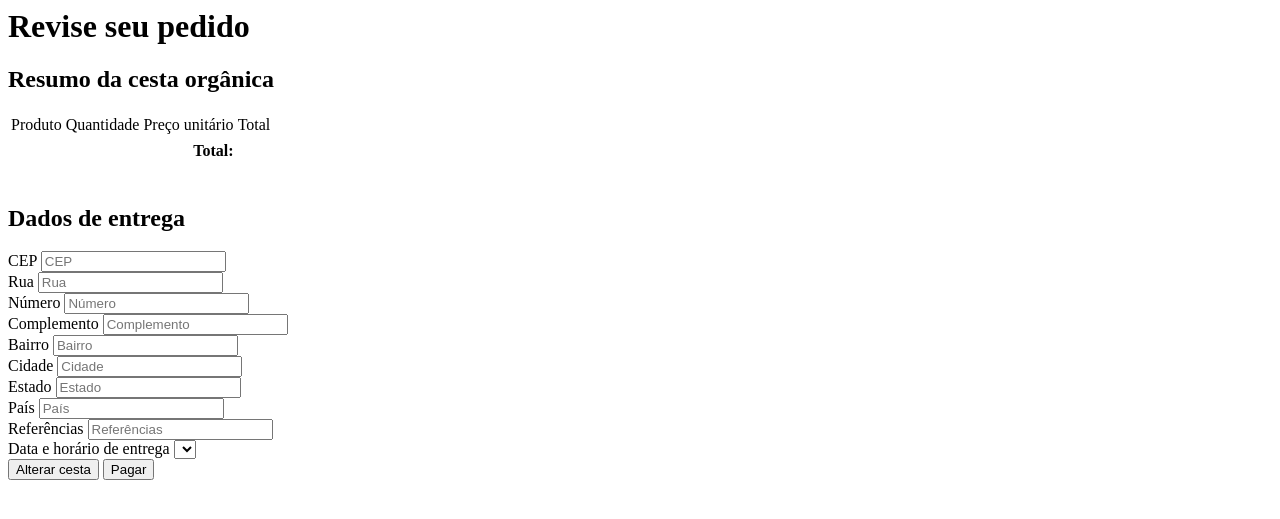
Repository: organicos/organicos.github.io
Page: partials/payments/order_review.html
The author's editor kept a record of every edit. The page is drawn from the files as they stood at one moment, then again after the next edit.
The browser window is 1280 px wide. The pictures show the whole page.

Above is the page before.

After the next edit:
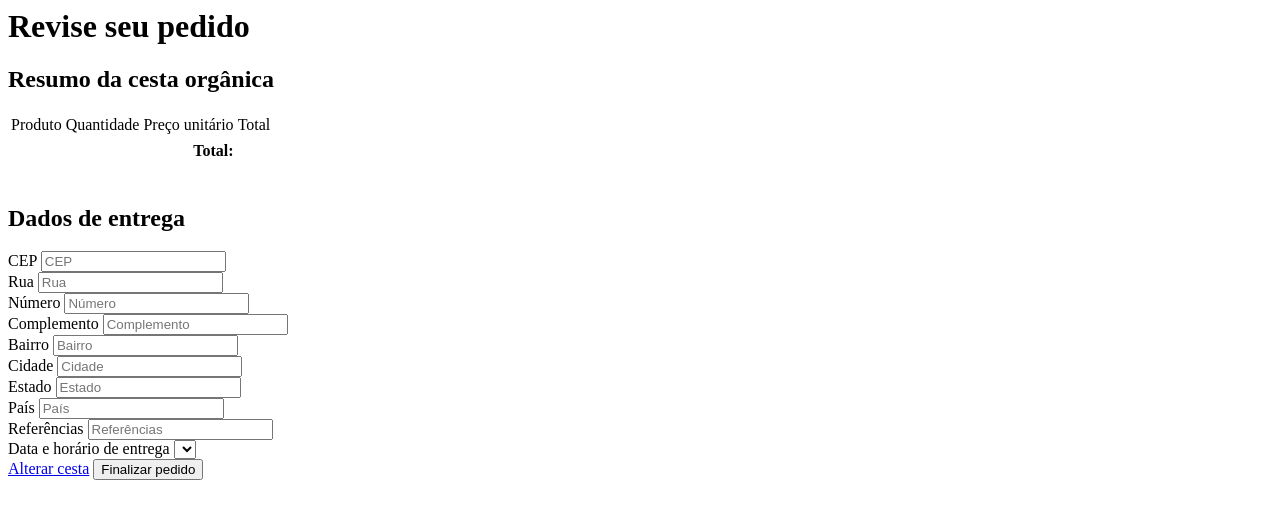
The edit:
--- a/partials/payments/order_review.html
+++ b/partials/payments/order_review.html
@@ -80,8 +80,8 @@
                 </select>
             </div>
             <div class="form-group">
-                <button class="btn btn-link text-white">Alterar cesta</button>
-                <button class="btn btn-success pull-right">Pagar</button>
+                <a class="btn btn-link text-white" href="#/fair">Alterar cesta</a>
+                <button class="btn btn-success pull-right">Finalizar pedido</button>
             </div>
         </form>
 
